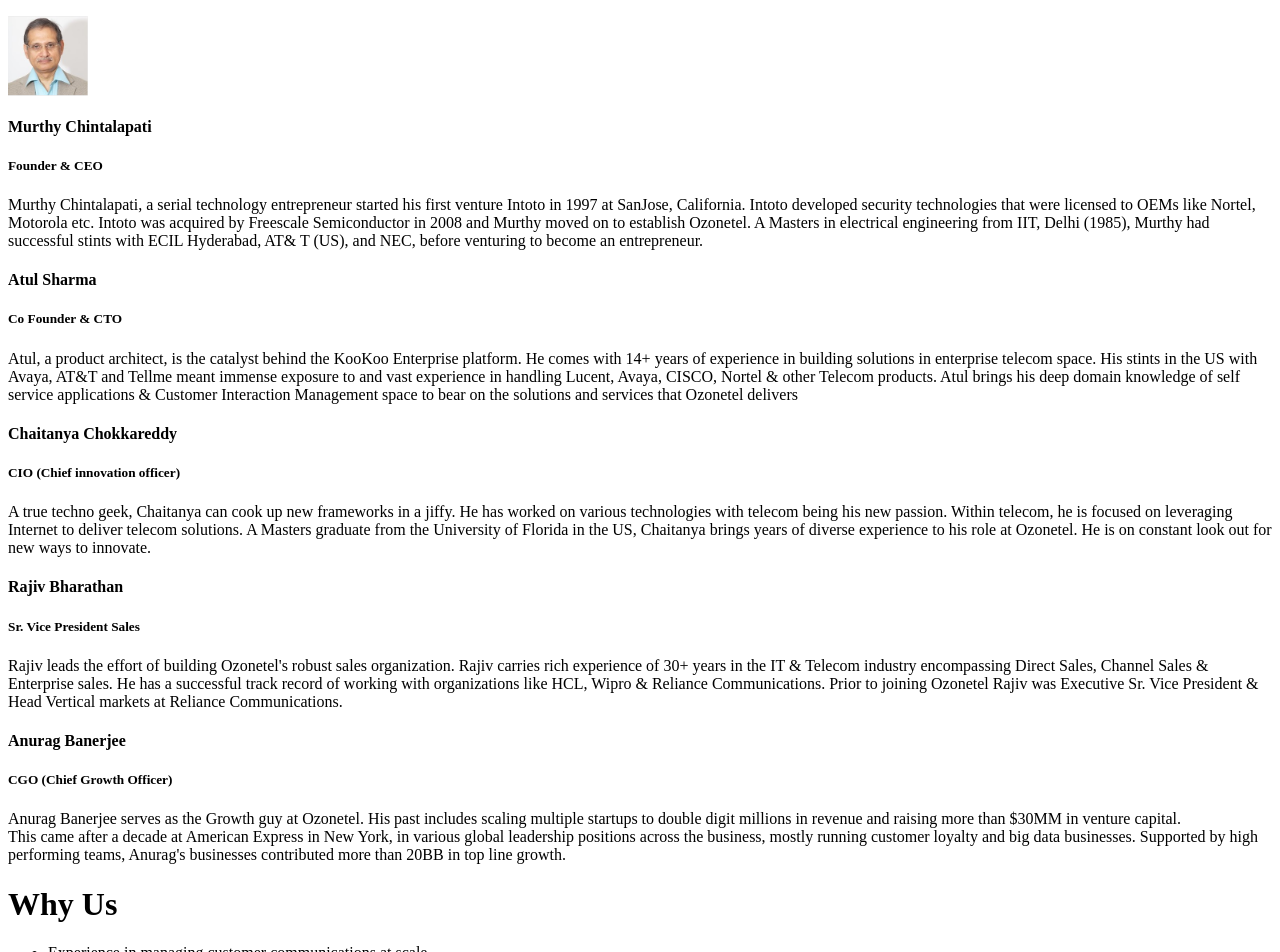
Repository: ashutosh238/ozonetelblogsite
Page: OzonetelBlogSiteFrontEnd/Web/c_aboutUs/AboutUs.html
An editor plug-in stored every save of this project. The page is shown before and after the next save, followed by the edit.
The browser window is 1280 px wide. The pictures show the part of the page from y = 652 to 1604 px (the page is 2222 px tall before and 2302 px after).
A picture or video elsewhere on the page could not be fetched, so the positions and the page height are approximate.

Above is the page before, as saved 2019-01-08 11:53:28.

After the next save:
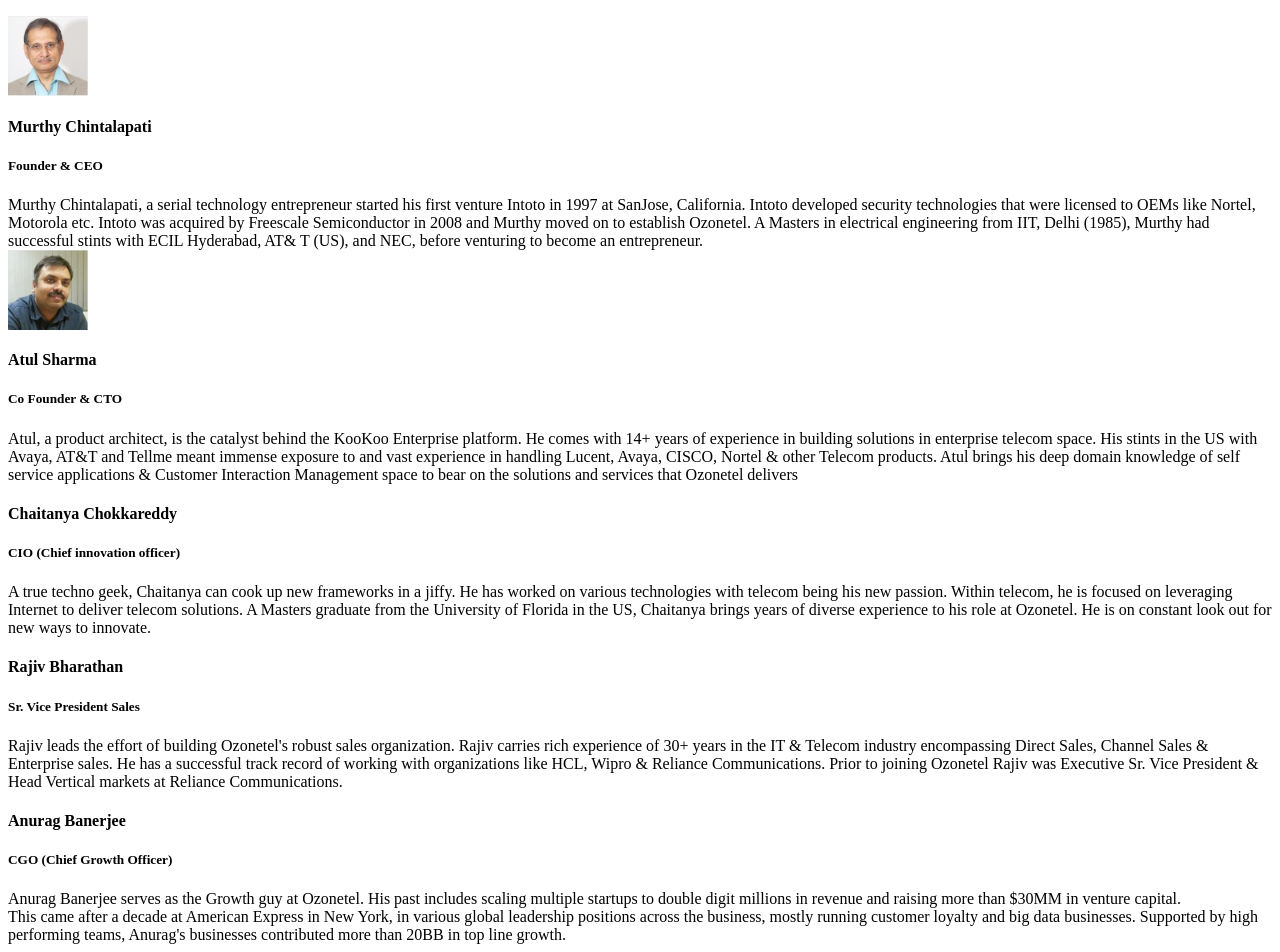
Saved 3 min 20 s later.
--- a/OzonetelBlogSiteFrontEnd/Web/c_aboutUs/AboutUs.html
+++ b/OzonetelBlogSiteFrontEnd/Web/c_aboutUs/AboutUs.html
@@ -112,6 +112,8 @@
 					</div>
 					<div class="col-md-6">
 					<div class="jumbotron">
+					<div> <img src="Atul.png" style="width:80px;height:80px;padding:0;margin:0;" alt="user profile picture">
+
 						<h4 class="text-primary">Atul Sharma</h4>
 						<h5 class="text-primary">Co Founder & CTO</h5>
 						Atul, a product architect, is the catalyst behind the KooKoo Enterprise platform.
@@ -120,6 +122,7 @@
 						in handling Lucent, Avaya, CISCO, Nortel & other Telecom products.
 						Atul brings his deep domain knowledge of self service applications & Customer Interaction Management
 						space to bear on the solutions and services that Ozonetel delivers
+					</div>
 					</div>
 					</div>
 					<div class="col-md-6">
